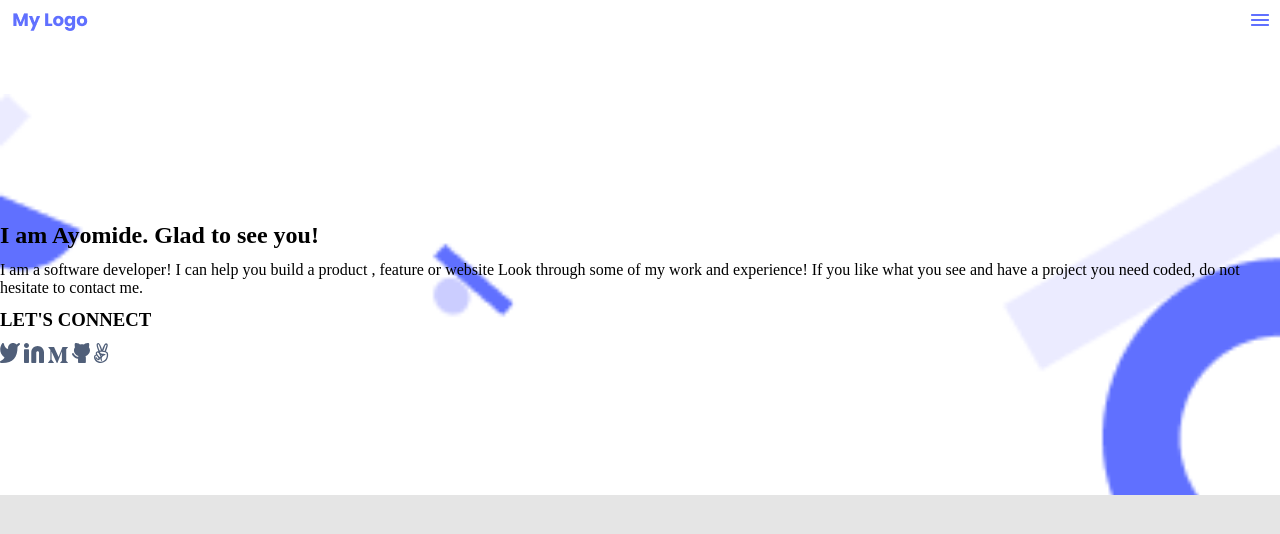
Repository: Paulinelali/potfoilo.github.io
Page: public/index.html
An editor plug-in stored every save of this project. The page is shown before and after the next save, followed by the edit.
The browser window is 1280 px wide. The pictures show the whole page.

Above is the page before, as saved 2023-03-31 00:22:20.

After the next save:
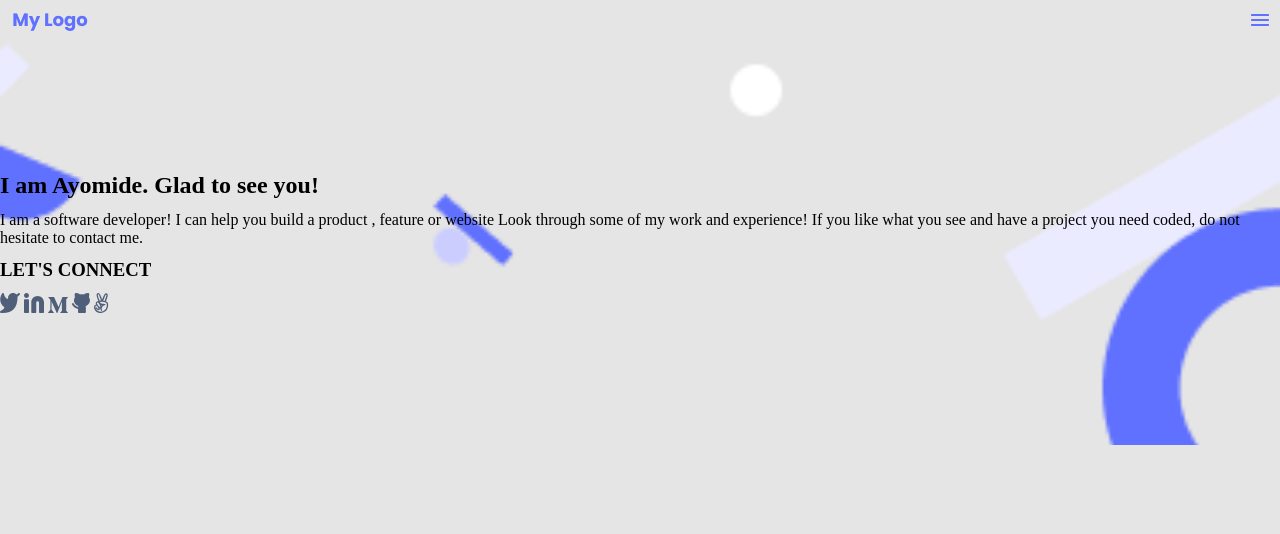
Saved 5 s later.
--- a/styles/style.css
+++ b/styles/style.css
@@ -7,7 +7,7 @@
   background-color: #E5E5E5;
 }
 
-
+.paadin
 
 .header{
   display: flex;

After the 3 saves that followed:
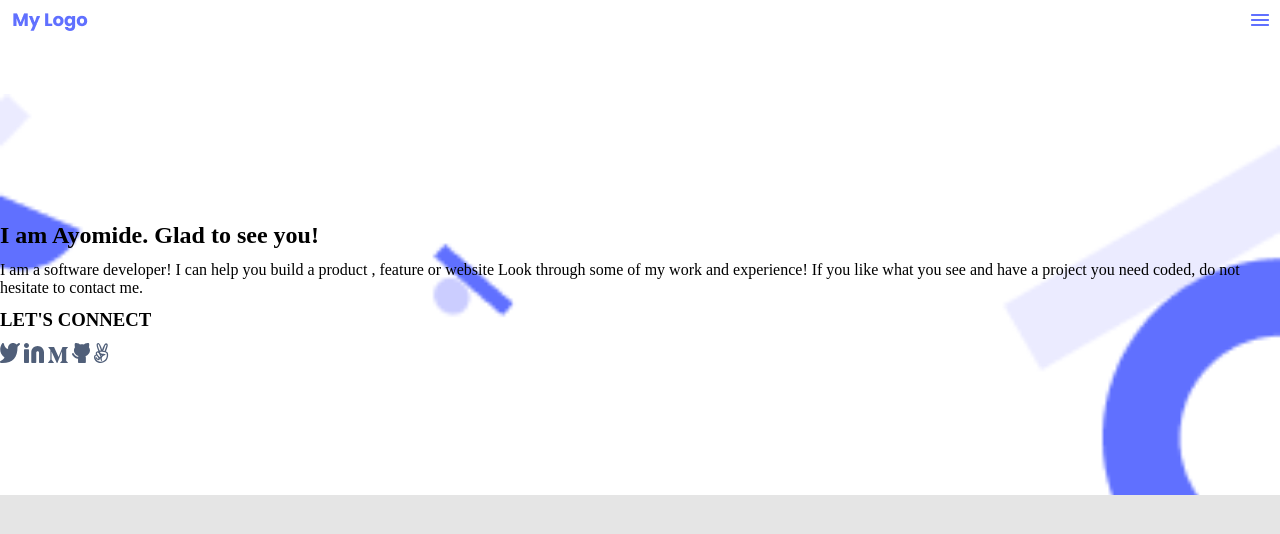
The 3 saves are shown as one change because they came seconds apart.
The last was saved 10 s later.
--- a/styles/style.css
+++ b/styles/style.css
@@ -7,7 +7,9 @@
   background-color: #E5E5E5;
 }
 
-.paadin
+.paading-24{
+  padding:
+}
 
 .header{
   display: flex;
